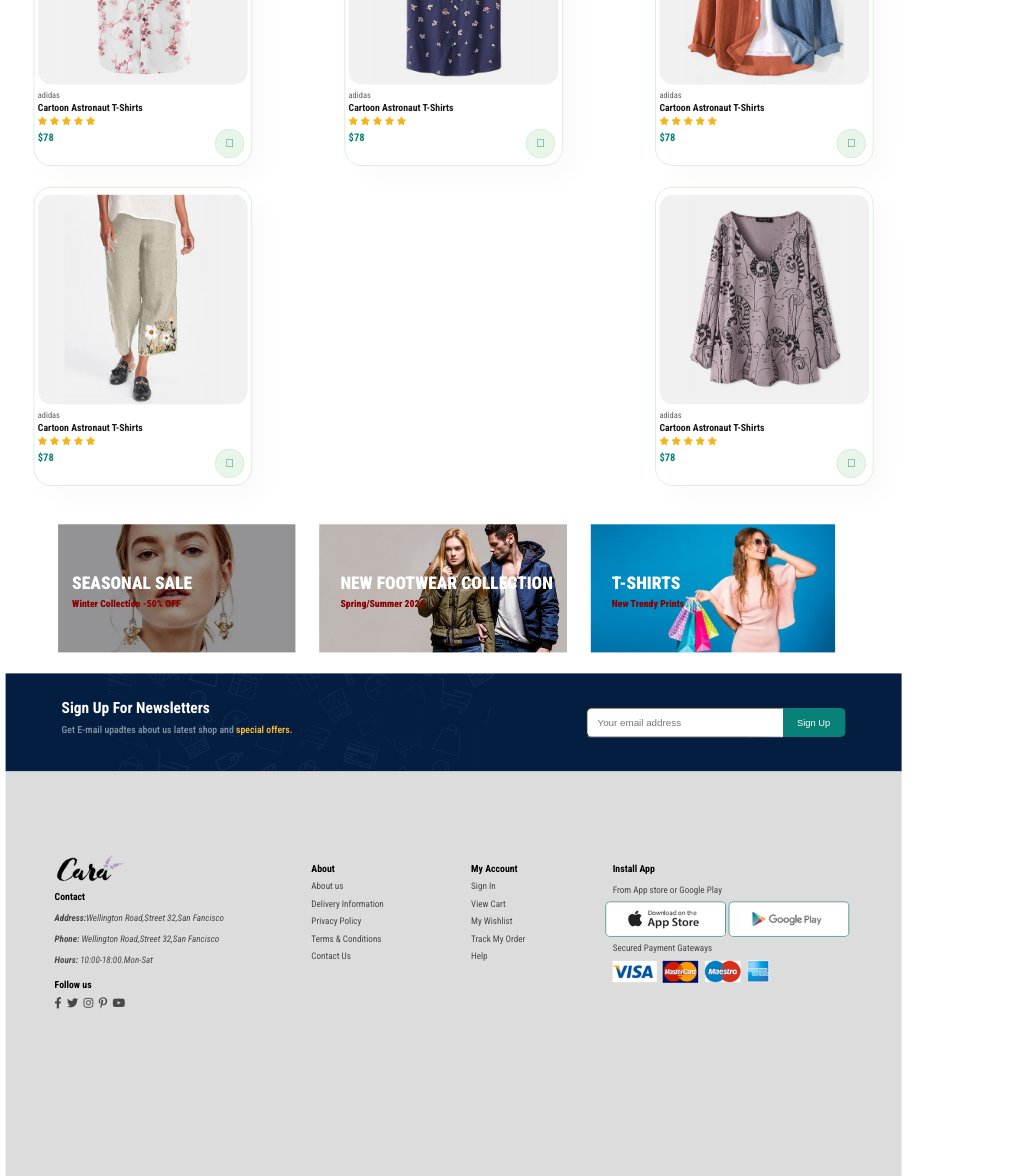
Repository: nhutduy-1905/web_coban
Page: src/index/index.html
The author's editor kept a copy of each file at every save. The page is drawn from the files as they stood at one save, then again after the next save.
The browser window is 1280 px wide. The page is 1448 px wide, so the pictures cover 1448 px, including what lies to the right of the window. The pictures show the part of the page from y = 2060 to 3740 px (the page is 3771 px tall), at 70% of full size.

Above is the page before, as saved 2024-11-19 21:41:04.

After the next save:
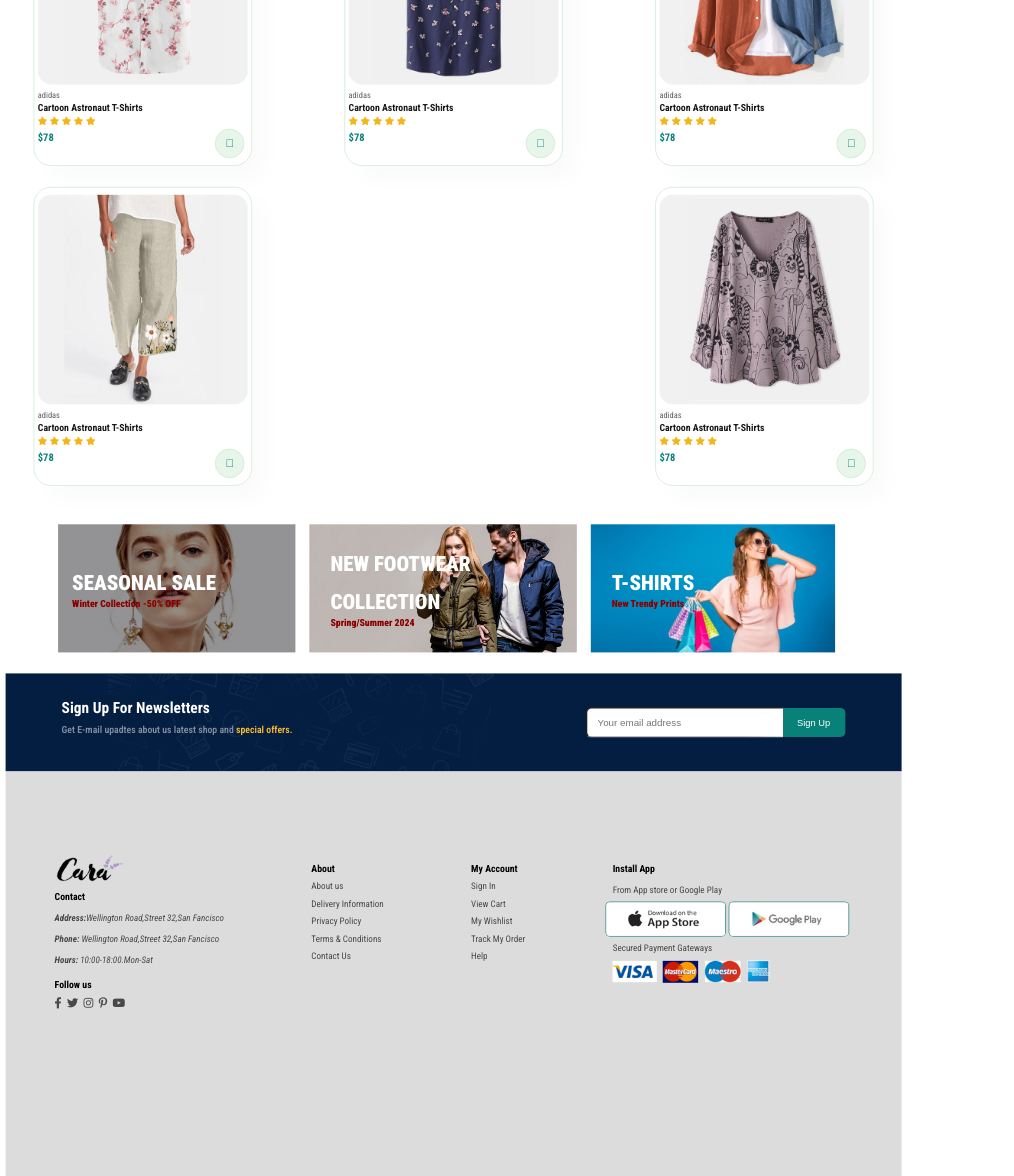
Saved 10 s later.
--- a/src/product/item.css
+++ b/src/product/item.css
@@ -38,7 +38,7 @@
  #banner3 h2 {
     color: #fff; /* Đặt màu chữ cho tiêu đề h2 là trắng */
     font-weight: 900; /* Thiết lập độ đậm cho chữ tiêu đề */
-    font-size: 25px; /* Đặt kích thước chữ cho tiêu đề */
+    font-size: 30px; /* Đặt kích thước chữ cho tiêu đề */
     margin-bottom: -20px;
     margin-right: 20px;
     margin-left: 20px;
